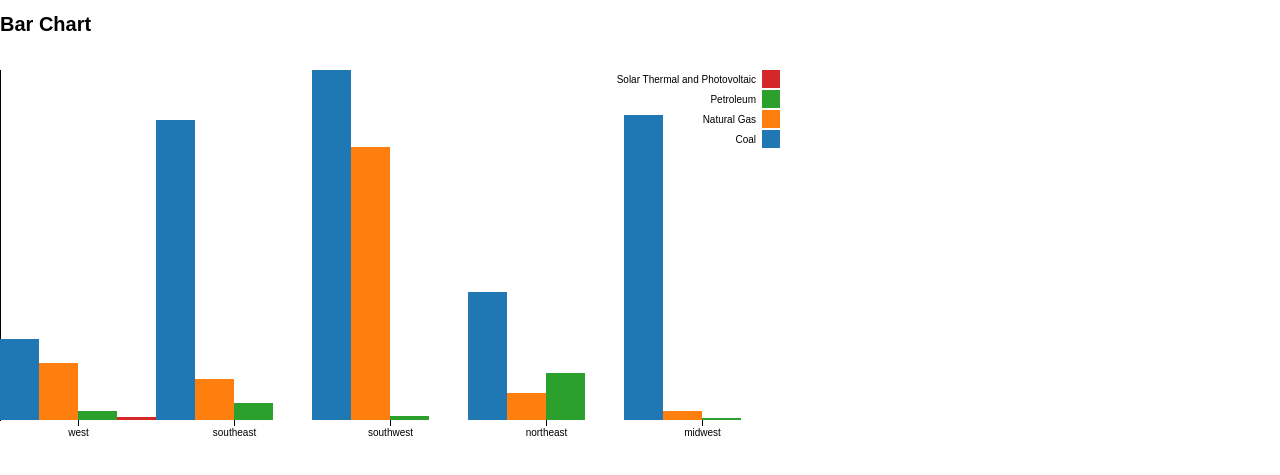
Repository: komalharjani/d3js-visualisation
Page: index.html
The author's editor kept a copy of each file at every save. The page is drawn from the files as they stood at one save, then again after the next save.
The browser window is 1280 px wide. The pictures show the whole page.

Above is the page before, as saved 2020-05-01 18:05:44.

After the next save:
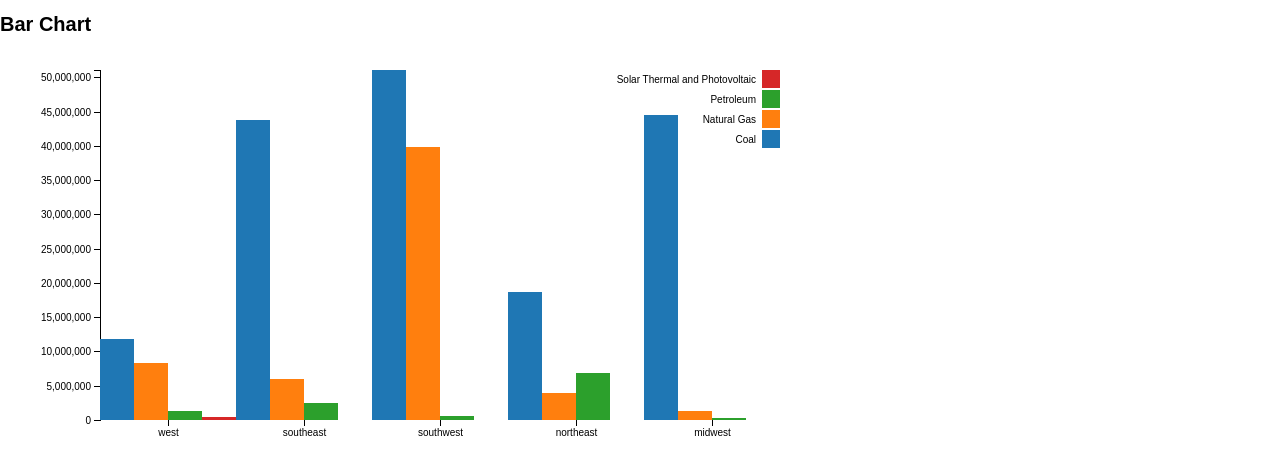
Saved 7 s later.
--- a/tryURL.js
+++ b/tryURL.js
@@ -56,7 +56,7 @@ d3.csv(dataPath)
         console.log(currData);
 
 
-        var margin = { top: 20, right: 20, bottom: 30, left: 0 },
+        var margin = { top: 20, right: 20, bottom: 30, left: 100 },
             width = 800 - margin.left - margin.right,
             height = 400 - margin.top - margin.bottom;
 
